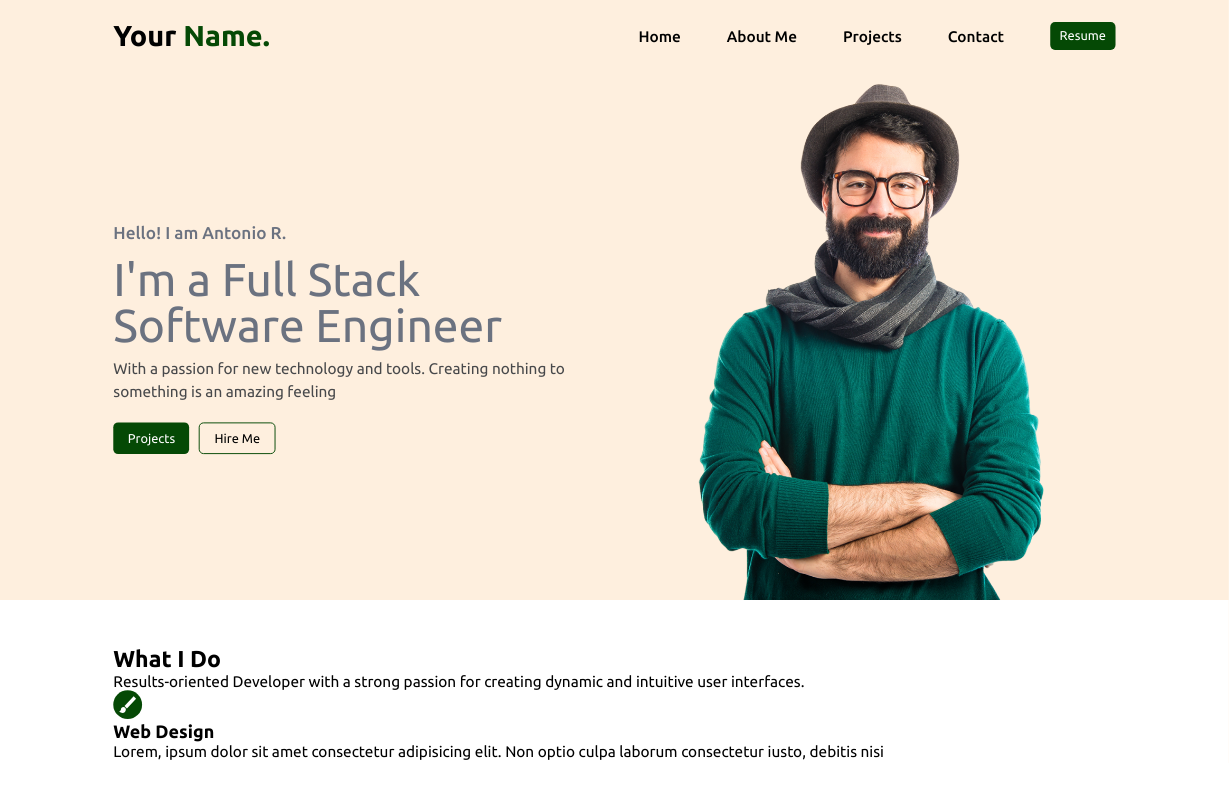
Repository: DevAntonioRogers/vanilla-portfolio
Page: index.html
These files come from the project's save history. The page is drawn as it stood at one moment and after the next save; the edit follows.
The browser window is 1280 px wide. The pictures show the whole page, at 96% of full size.

Above is the page before, as saved 2023-07-14 22:47:22.

After the next save:
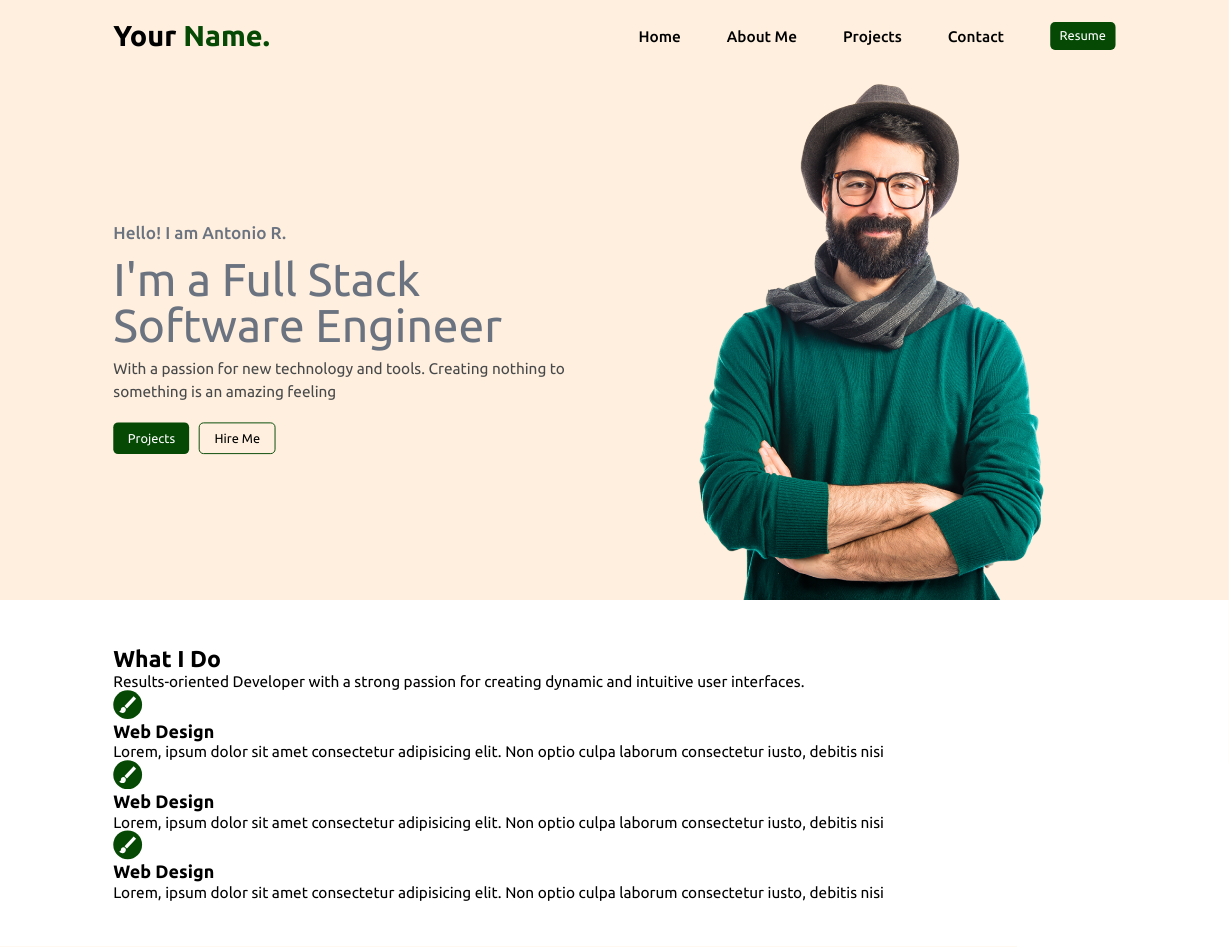
Saved 12 s later.
--- a/index.html
+++ b/index.html
@@ -74,6 +74,22 @@
               debitis nisi
             </p>
           </div>
+          <div>
+            <ion-icon name="brush-sharp"></ion-icon>
+            <h3>Web Design</h3>
+            <p>
+              Lorem, ipsum dolor sit amet consectetur adipisicing elit. Non optio culpa laborum consectetur iusto,
+              debitis nisi
+            </p>
+          </div>
+          <div>
+            <ion-icon name="brush-sharp"></ion-icon>
+            <h3>Web Design</h3>
+            <p>
+              Lorem, ipsum dolor sit amet consectetur adipisicing elit. Non optio culpa laborum consectetur iusto,
+              debitis nisi
+            </p>
+          </div>
         </div>
       </div>
     </section>
